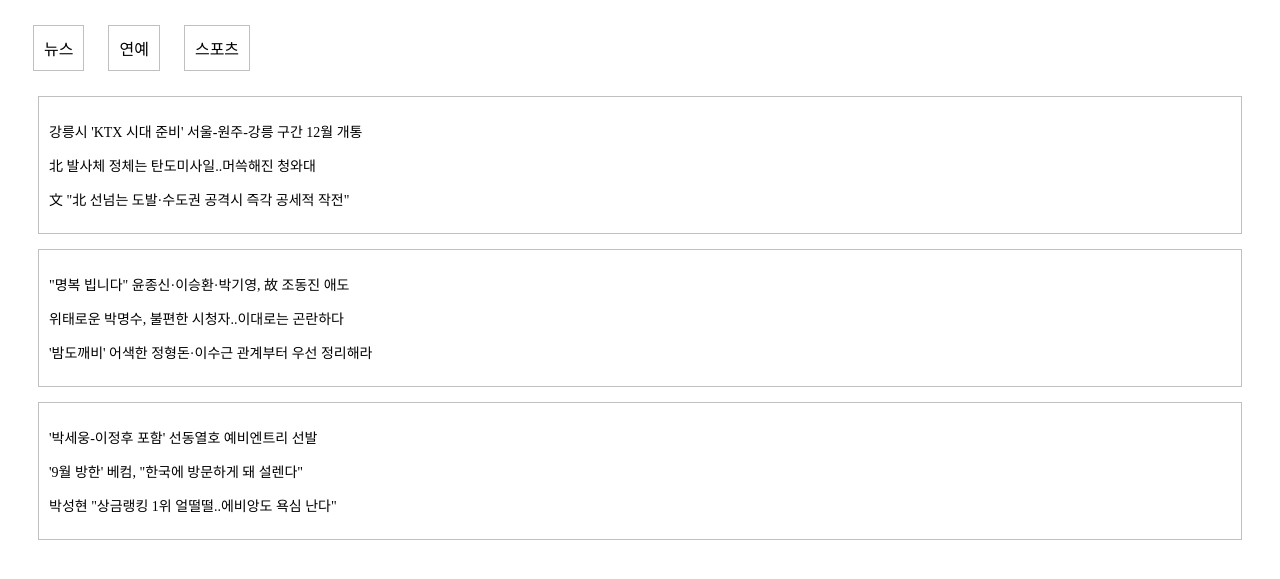
Repository: astute22/web-p
Page: simple-script/WebContent/exercise/sample2.html
An editor plug-in stored every save of this project. The page is shown before and after the next save, followed by the edit.
The browser window is 1280 px wide. The pictures show the whole page.

Above is the page before, as saved 2017-08-28 07:37:33.

### simple-script/WebContent/exercise/sample2.html
<!DOCTYPE html>
<html>
<head>
<meta charset="UTF-8">
<title>Insert title here</title>
<style type="text/css">
	div {margin: 15px;}

	label {
		margin: 10px;
		display: inline-block; 100px;
		padding: 10px;
		border: 1px solid silver;
	}

	div.topics{
		padding: 10px;
		border: 1px solid silver;
		font-size: 14px;
	}
</style>
</head>
<body>
	<div>
		<label id="">뉴스</label>
		<label>연예</label>
		<label>스포츠</label>
	</div>
	<div>
		<div class="topics" id="n-news">
			<p>강릉시 'KTX 시대 준비' 서울-원주-강릉 구간 12월 개통</p>
			<p>北 발사체 정체는 탄도미사일..머쓱해진 청와대</p>
			<p>文 "北 선넘는 도발·수도권 공격시 즉각 공세적 작전"</p>
		</div>
		<div class="topics" id="n-ent">
			<p>"명복 빕니다" 윤종신·이승환·박기영, 故 조동진 애도</p>
			<p>위태로운 박명수, 불편한 시청자..이대로는 곤란하다</p>
			<p>'밤도깨비' 어색한 정형돈·이수근 관계부터 우선 정리해라</p>
		</div>
		<div class="topics" id="n-spo">
			<p>'박세웅-이정후 포함' 선동열호 예비엔트리 선발</p>
			<p>'9월 방한' 베컴, "한국에 방문하게 돼 설렌다"</p>
			<p>박성현 "상금랭킹 1위 얼떨떨..에비앙도 욕심 난다"</p>
		</div>
	</div>
</body>
<script type="text/javascript">
	// label를 클릭하면 해당 토픽만 화면에 표시되게 하기
</script>
</html>

After the next save:
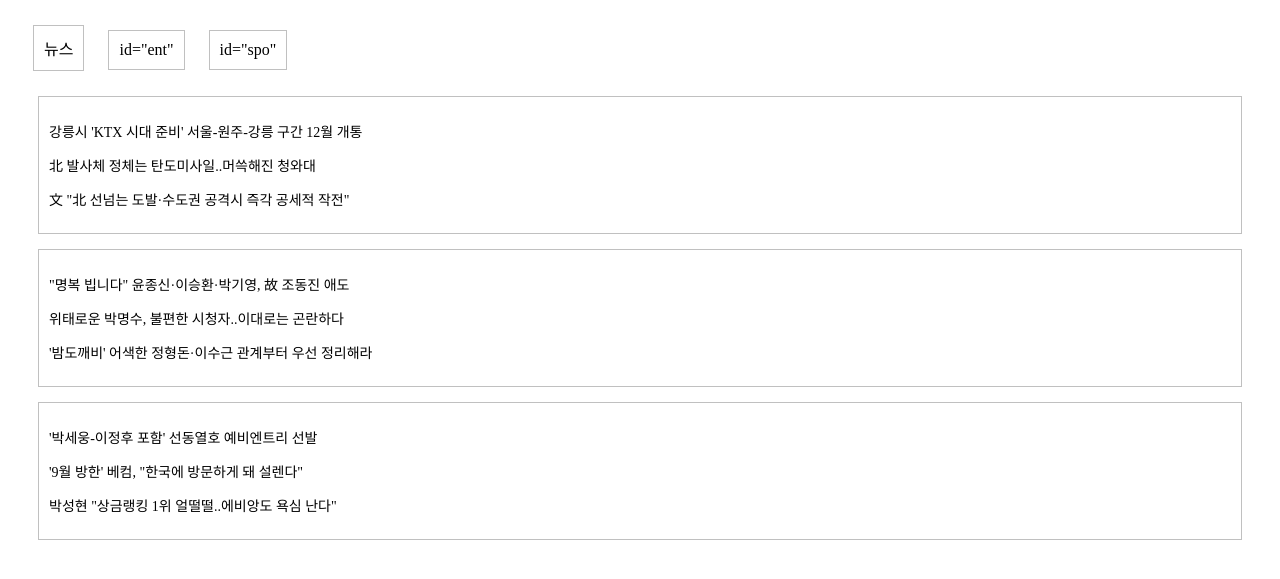
Saved 15 s later.
--- a/simple-script/WebContent/exercise/sample2.html
+++ b/simple-script/WebContent/exercise/sample2.html
@@ -22,9 +22,9 @@
 </head>
 <body>
 	<div>
-		<label id="">뉴스</label>
-		<label>연예</label>
-		<label>스포츠</label>
+		<label id="news">뉴스</label>
+		<label>id="ent"</label>
+		<label>id="spo"</label>
 	</div>
 	<div>
 		<div class="topics" id="n-news">
